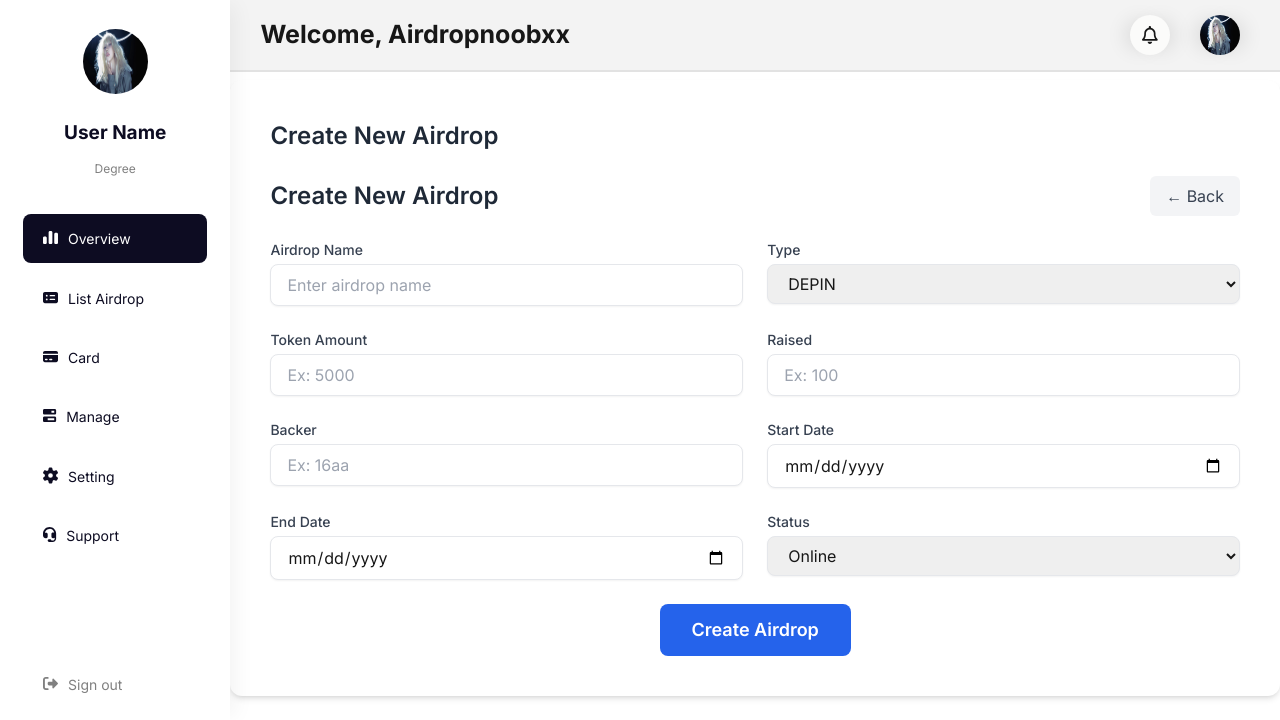
Repository: conGaStuer/airdropmamager
Page: /airdrops/new
The author's editor kept a copy of each file at every save. The page is drawn from the files as they stood at one save, then again after the next save.
The browser window is 1280 px wide. The pictures show the whole page.
The project was rebuilt for these pictures with package versions that can differ from the ones it lists, and the page was loaded fresh each time. The framework's server and built-in components were replaced by stand-ins that run in the browser. Also part of the build but not shown: next.config.ts, src/styles/addForm.scss.

Above is the page before, as saved 2025-05-28 19:18:23.

### src/app/layout.tsx
// app/layout.tsx
import { Inter } from "next/font/google";
import "../styles/globals.css";
import NavBar from "@/components/NavBar";
import SideBar from "@/components/SideBar";

const inter = Inter({ subsets: ["latin"] });

export const metadata = {
  title: "Airdrop Admin",
  description: "Manage Airdrops",
};

// app/layout.tsx
export default function RootLayout({
  children,
}: {
  children: React.ReactNode;
}) {
  return (
    <html lang="en">
      <body>{children}</body>
    </html>
  );
}

### src/app/airdrops/layout.js
// app/airdrops/layout.js (hoặc layout.tsx nếu bạn dùng TypeScript)
"use client";
import React from "react";
import NavBar from "@/components/NavBar";
import SideBar from "@/components/SideBar";

export default function AirdropLayout({ children }) {
  return (
    <div className="flex">
      <SideBar />
      <div className="flex-1">
        <NavBar />
        <main className="pt-14 ">{children}</main>
      </div>
    </div>
  );
}

### src/app/airdrops/new/page.js
"use client";
import React, { useState } from "react";
import axios from "axios";
import { useRouter } from "next/navigation";
import "../../../styles/addForm.scss";
export default function CreateAirdropPage() {
  const [form, setForm] = useState({
    name: "",
    type: "",
    raised: "",
    status: "",
    tokenAmount: "",
    backer: "",
    startDate: "",
    endDate: "",
  });
  const router = useRouter();
  const handleCreate = async (e) => {
    e.preventDefault();
    await axios.post("http://localhost:5000/api/airdrops", form);
    router.push("/airdrops");
  };
  return (
    <div className="w-full max-w-8xl mx-auto bg-white p-10 rounded-xl shadow-md mt-6">
      <h2 className="text-2xl font-semibold text-gray-800 mb-6">
        Create New Airdrop
      </h2>
      <div className="flex items-center justify-between mb-6">
        <h2 className="text-2xl font-semibold text-gray-800">
          Create New Airdrop
        </h2>
        <button
          type="button"
          onClick={() => router.push("/airdrops")}
          className="inline-flex items-center px-4 py-2 bg-gray-100 text-gray-700 rounded-md hover:bg-gray-200 transition"
        >
          ← Back
        </button>
      </div>
      <form onSubmit={handleCreate} className="grid grid-cols-2 gap-6">
        {/* Airdrop Name */}
        <div>
          <label className="block mb-1 text-sm font-medium text-gray-700">
            Airdrop Name
          </label>
          <input
            type="text"
            value={form.name}
            onChange={(e) => setForm({ ...form, name: e.target.value })}
            className="w-full px-4 py-2 border rounded-lg shadow-sm focus:outline-none focus:ring-2 focus:ring-blue-500"
            placeholder="Enter airdrop name"
          />
        </div>

        {/* Type */}
        <div>
          <label className="block mb-1 text-sm font-medium text-gray-700">
            Type
          </label>
          <select
            value={form.type}
            onChange={(e) => setForm({ ...form, type: e.target.value })}
            className="w-full px-4 py-2 border rounded-lg shadow-sm focus:outline-none focus:ring-2 focus:ring-blue-500"
          >
            <option value="DEPIN">DEPIN</option>
            <option value="Testnet">Testnet</option>
            <option value="Webpoint">Webpoint</option>
          </select>
        </div>

        {/* TokenAmount */}
        <div>
          <label className="block mb-1 text-sm font-medium text-gray-700">
            Token Amount
          </label>
          <input
            type="number"
            value={form.tokenAmount}
            onChange={(e) => setForm({ ...form, tokenAmount: e.target.value })}
            className="w-full px-4 py-2 border rounded-lg shadow-sm focus:outline-none focus:ring-2 focus:ring-blue-500"
            placeholder="Ex: 5000"
          />
        </div>

        {/* Raised */}
        <div>
          <label className="block mb-1 text-sm font-medium text-gray-700">
            Raised
          </label>
          <input
            type="number"
            value={form.raised}
            onChange={(e) => setForm({ ...form, raised: e.target.value })}
            className="w-full px-4 py-2 border rounded-lg shadow-sm focus:outline-none focus:ring-2 focus:ring-blue-500"
            placeholder="Ex: 100"
          />
        </div>

        {/* Backer */}
        <div>
          <label className="block mb-1 text-sm font-medium text-gray-700">
            Backer
          </label>
          <input
            type="text"
            value={form.backer}
            onChange={(e) => setForm({ ...form, backer: e.target.value })}
            className="w-full px-4 py-2 border rounded-lg shadow-sm focus:outline-none focus:ring-2 focus:ring-blue-500"
            placeholder="Ex: 16aa"
          />
        </div>

        {/* Start Date */}
        <div>
          <label className="block mb-1 text-sm font-medium text-gray-700">
            Start Date
          </label>
          <input
            type="date"
            value={form.startDate}
            onChange={(e) => setForm({ ...form, startDate: e.target.value })}
            className="w-full px-4 py-2 border rounded-lg shadow-sm focus:outline-none focus:ring-2 focus:ring-blue-500"
          />
        </div>

        {/* End Date */}
        <div>
          <label className="block mb-1 text-sm font-medium text-gray-700">
            End Date
          </label>
          <input
            type="date"
            value={form.endDate}
            onChange={(e) => setForm({ ...form, endDate: e.target.value })}
            className="w-full px-4 py-2 border rounded-lg shadow-sm focus:outline-none focus:ring-2 focus:ring-blue-500"
          />
        </div>

        {/* Status */}
        <div>
          <label className="block mb-1 text-sm font-medium text-gray-700">
            Status
          </label>
          <select
            value={form.status}
            onChange={(e) => setForm({ ...form, status: e.target.value })}
            className="w-full px-4 py-2 border rounded-lg shadow-sm focus:outline-none focus:ring-2 focus:ring-blue-500"
          >
            <option value="online">Online</option>
            <option value="offline">Offline</option>
          </select>
        </div>

        {/* Submit Button */}
        <div className="col-span-2 text-center">
          <button
            type="submit"
            className="px-8 py-3 bg-blue-600 text-white text-lg font-semibold rounded-lg hover:bg-blue-700 transition"
          >
            Create Airdrop
          </button>
        </div>
      </form>
    </div>
  );
}

### src/styles/globals.css
@tailwind base;
@tailwind components;
@tailwind utilities;

:root {
  --background: #ffffff;
  --foreground: #171717;
}

@media (prefers-color-scheme: dark) {
  :root {
    --background: #ffffff;
    --foreground: #393737;
  }
}

body {
  color: var(--foreground);
  background: var(--background);
  font-family: inter;
  background-size: cover;
  background-position: center;
}

### src/components/NavBar.js
import React from "react";
import "../styles/navbar.scss";
import { FontAwesomeIcon } from "@fortawesome/react-fontawesome";
import {
  faEdit,
  faTrash,
  faRectangleList,
  faChartSimple,
  faCreditCard,
  faBarsProgress,
  faGear,
  faHeadset,
  faRightFromBracket,
  faRing,
} from "@fortawesome/free-solid-svg-icons";
import { faBell } from "@fortawesome/free-regular-svg-icons";
import Image from "next/image";
export default function NavBar() {
  return (
    <div className="nav-side">
      <p>Welcome, Airdropnoobxx </p>
      <div className="menu">
        <div className="iconn">
          <FontAwesomeIcon icon={faBell} className="icon" />
        </div>
        <Image src="/styles/avt.jpg" alt="Avatar" width={20} height={20} />
      </div>
    </div>
  );
}

### src/components/SideBar.js
import React from "react";
import "../styles/sideBar.scss";
import { FontAwesomeIcon } from "@fortawesome/react-fontawesome";
import {
  faEdit,
  faTrash,
  faRectangleList,
  faChartSimple,
  faCreditCard,
  faBarsProgress,
  faGear,
  faHeadset,
  faRightFromBracket,
} from "@fortawesome/free-solid-svg-icons";
import Image from "next/image";
import Link from "next/link";
export default function SideBar() {
  return (
    <div className="side-bar">
      <div className="side-info">
        <div className="user-profile">
          <Image src="/styles/avt.jpg" alt="Avatar" width={80} height={80} />
          <h4>User Name</h4>
          <p>Degree</p>
        </div>
      </div>
      <div className="side-menu">
        <div className="menu-element menu-element1">
          <FontAwesomeIcon icon={faChartSimple} className="icon" />

          <span>Overview</span>
        </div>
        <Link href="./airdrops" className="menu-element">
          <FontAwesomeIcon icon={faRectangleList} className="icon" />

          <span>List Airdrop</span>
        </Link>
        <div className="menu-element">
          <FontAwesomeIcon icon={faCreditCard} className="icon" />
          <span>Card</span>
        </div>
        <div className="menu-element">
          <FontAwesomeIcon icon={faBarsProgress} className="icon" />
          <span>Manage</span>
        </div>
        <div className="menu-element">
          <FontAwesomeIcon icon={faGear} className="icon" />
          <span>Setting</span>
        </div>
        <div className="menu-element">
          <FontAwesomeIcon icon={faHeadset} className="icon" />

          <span>Support</span>
        </div>
      </div>
      <div className="side-logout">
        <FontAwesomeIcon icon={faRightFromBracket} className="icon" />
        <span>Sign out</span>
      </div>
    </div>
  );
}

### src/styles/navbar.scss
@mixin center-div {
  display: flex;

  justify-content: space-between;
  align-items: center;
}
@mixin no-space-text {
  margin: 0px;
  padding: 0px;
}
.nav-side {
  width: 82%;
  height: 10vh;
  background-color: #f3f3f3;
  position: fixed;
  float: right;
  right: 0px;

  border-bottom-right-radius: 0px;
  @include center-div();
  padding-left: 30px;
  padding-right: 40px;
  border-bottom: 2px solid rgb(226, 226, 226);
  p {
    font-size: 25px;
    font-weight: bold;
    font-family: "Inter", sans-serif;
  }
  .menu {
    width: 120px;
    height: 90%;
    @include center-div();

    .iconn {
      width: 40px;
      height: 40px;
      background-color: #fbfbfa;
      border-radius: 50%;
      @include center-div();
      justify-content: center;
      position: relative;
      left: 10px;
      box-shadow: 10px 0 20px -5px rgba(0, 0, 0, 0.1),
        -10px 0 20px -5px rgba(0, 0, 0, 0.1);

      .icon {
        font-size: 18px;
      }
    }
    img {
      width: 40px;
      height: 40px;
      border-radius: 50%;
      box-shadow: 10px 0 20px -5px rgba(0, 0, 0, 0.1),
        -10px 0 20px -5px rgba(0, 0, 0, 0.1);
    }
  }
}

### src/styles/sideBar.scss
@mixin center-div {
  display: flex;
  flex-direction: column;
  justify-content: space-between;
  align-items: center;
}
@mixin no-space-text {
  margin: 0px;
  padding: 0px;
}
.side-bar {
  font-family: "Inter", sans-serif;
  @include center-div();
  width: 18%;
  height: 100vh;
  background-color: white;
  color: #808080;
  box-shadow: 10px 0 20px -5px rgba(0, 0, 0, 0.05),
    -10px 0 20px -5px rgba(0, 0, 0, 0.05);
  z-index: 1;
  .icon {
    font-size: 15px;
    margin-right: 10px;
    position: relative;
    top: -1px;
  }
  .side-info {
    width: 80%;
    height: 34%;
    display: flex;
    flex-direction: column;
    justify-content: space-around;
    align-items: center;
    position: relative;
    top: -10px;
    h4 {
      @include no-space-text();
      font-size: 18px;
      font-weight: bold;
    }
    .user-profile {
      width: 75%;
      height: 68%;
      @include center-div();

      img {
        width: 65px;
        height: 65px;
        border-radius: 50%;
      }
      h4 {
        font-size: 19px;
        font-weight: bold;
        @include no-space-text();
        position: relative;
        top: -3px;
        color: #0d0c22;
      }
      p {
        @include no-space-text();
        font-size: 12px;
        position: relative;
        top: -18px;
      }
    }
  }
  .side-menu {
    width: 80%;
    height: 48%;
    @include center-div();
    position: relative;
    top: -65px;
    .menu-element {
      width: 100%;
      height: 14%;
      background-color: white;
      border-radius: 8px;
      font-size: 14px;
      display: flex;
      align-items: center;
      padding: 20px;
      color: #0d0c22;
    }
    .menu-element1 {
      background-color: #0d0c22;
      color: white;
    }
  }
  .side-logout {
    width: 80%;
    height: 7%;
    display: flex;
    align-items: center;
    padding: 20px;
    margin-bottom: 10px;
    span {
      font-size: 14px;
    }
  }
}

### tailwind.config.ts
import type { Config } from "tailwindcss";

export default {
  content: [
    "./src/pages/**/*.{js,ts,jsx,tsx,mdx}",
    "./src/components/**/*.{js,ts,jsx,tsx,mdx}",
    "./src/app/**/*.{js,ts,jsx,tsx,mdx}",
  ],
  theme: {
    extend: {
      colors: {
        background: "var(--background)",
        foreground: "var(--foreground)",
      },
      fontFamily: {
        sans: ["var(--font-inter)", "sans-serif"],
      },
    },
  },
  plugins: [],
} satisfies Config;

After the next save:
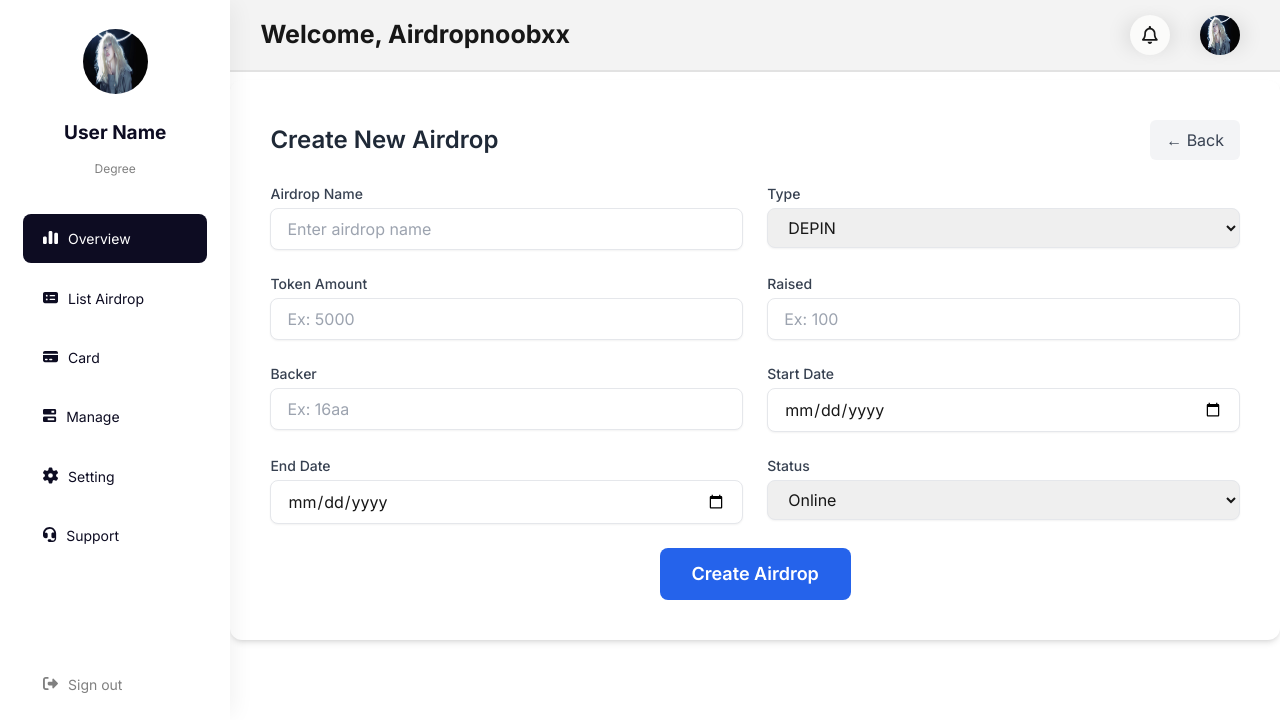
Saved 10 s later.
--- a/src/app/airdrops/new/page.js
+++ b/src/app/airdrops/new/page.js
@@ -22,9 +22,6 @@ export default function CreateAirdropPage() {
   };
   return (
     <div className="w-full max-w-8xl mx-auto bg-white p-10 rounded-xl shadow-md mt-6">
-      <h2 className="text-2xl font-semibold text-gray-800 mb-6">
-        Create New Airdrop
-      </h2>
       <div className="flex items-center justify-between mb-6">
         <h2 className="text-2xl font-semibold text-gray-800">
           Create New Airdrop
